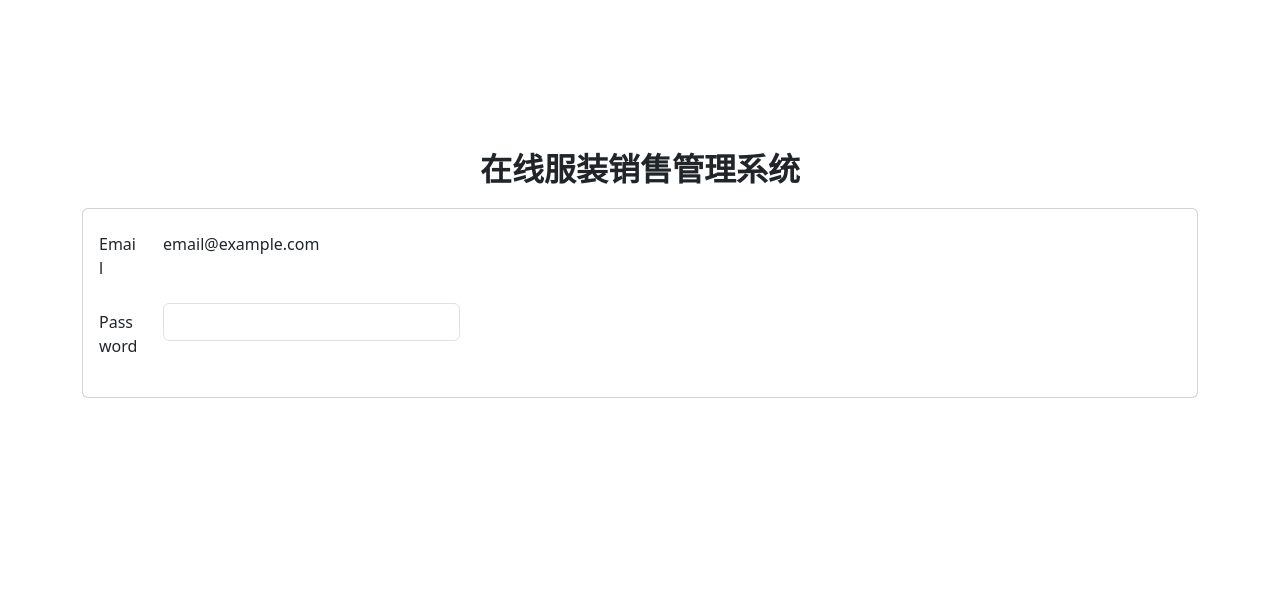
Repository: squawktop/CFS
Page: /user/register (app in web/)
These files come from the project's save history. The page is drawn as it stood at one moment and after a run of saves; the edit follows.
The browser window is 1280 px wide. The pictures show the whole page.
The project was rebuilt for these pictures with package versions that can differ from the ones it lists, and the page was loaded fresh each time. Also part of the build but not shown: web/vue.config.js, web/src/views/LoginView.vue, web/src/components/NavBar.vue, web/src/views/HomeView.vue, web/src/views/UsersManageView.vue, web/src/views/PersonalCenterView.vue, web/src/views/GoodsManageView.vue, web/src/views/OrdersManageView.vue and 1 more.

Above is the page before, as saved 2024-03-23 18:59:25.

### web/src/App.vue
<template>
  <RouterView></RouterView>
</template>

<script>


// 导入bootstrap
import "bootstrap/dist/css/bootstrap.min.css"
import "bootstrap/dist/js/bootstrap"
// import { ref } from "vue";

// import $ from 'jquery';
export default {
  components: {

  }
  ,
  setup() {
    // const user_id = ref("");
    // const username = ref("");
    // const password = ref("");

    // $.ajax({
    //   type: "get",
    //   url: "http://127.0.0.1:3000/user/getlist",
    //   success(resp) {
    //     user_id.value = resp[0].id;
    //     username.value = resp[0].username;
    //     password.value = resp[0].password;

    //   },
    //   error() {
    //     this.user_id = "error"
    //   }
    // })




    return {

    }
  }

}

</script>

<style></style>

### web/src/router/index.js
import { createRouter, createWebHistory } from 'vue-router'
// import HomeView from '../views/HomeView.vue'
import LoginView from '../views/LoginView.vue'
import RegisterView from '../views/RegisterView.vue'
import HomeView from '../views/HomeView.vue'
import UsersManageView from '../views/UsersManageView.vue'
import PersonalCenterView from '../views/PersonalCenterView.vue'
import GoodsManageView from '../views/GoodsManageView.vue'
import OrdersManageView from '../views/OrdersManageView.vue'
import NotFound from '../views/NotFoundView.vue'
import store from '@/store/index'

const routes = [
  {
    path: '/',
    name: 'home',
    component: HomeView,
    // redirect: "/user/register",
    meta: { //该页面是否需要授权      //随便写， 也可以设置为   flag : true;
      requestAuth: true,
    }
  },

  {
    path: '/user/login',
    name: 'user_login',
    component: LoginView,
    meta: {
      requestAuth: false,
    }
  },

  {
    path: '/user/register',
    name: 'user_register',
    component: RegisterView,
    meta: { //该页面是否需要授权
      requestAuth: false,
    }
  },
  {
    path: '/user/personalcenter',
    name: 'personal_center',
    component: PersonalCenterView,
    meta: { //该页面是否需要授权
      requestAuth: true,
    }
  },

  {
    path: '/user/usermanage',
    name: 'user_manage',
    component: UsersManageView,
    meta: { //该页面是否需要授权
      requestAuth: true,
    }
  }
  ,
  {
    path: '/goods/manage',
    name: 'goods_manage',
    component: GoodsManageView,
    meta: { //该页面是否需要授权
      requestAuth: true,
    }
  }, {
    path: '/orders/manage',
    name: 'orders_manage',
    component: OrdersManageView,
    meta: { //该页面是否需要授权
      requestAuth: true,
    }
  },


  {
    path: "/404/",
    name: "404",
    component: NotFound
  },
  {
    path: "/:catchAll(.*)",
    redirect: "/404/",  //页面重定向到404
  }
]

const router = createRouter({
  history: createWebHistory(),
  routes
})

router.beforeEach((to, from, next) => {
  if (to.meta.requestAuth && !store.state.user.is_login) {
    next({ name: "user_login" });
  } else {
    next();
  }
})

export default router

### web/src/store/index.js
import { createStore } from 'vuex'
import ModuleUser from '@/store/user'

export default createStore({
  state: {
  },
  getters: {
  },
  mutations: {
  },
  actions: {
  },
  modules: {
    user: ModuleUser,
  }
})

### web/src/views/RegisterView.vue
<template>
    <div class="background">
        <h2>在线服装销售管理系统</h2>
        <ContentField>
            <!-- <div class="row justify-content-md-center">
                <div class="col-3">
                    <form @submit.prevent="register">
                        <div class="mb-3 ">
                            <label for="username" class="form-label">用户名</label>
                            <input v-model="username" type="text" class="form-control" id="username"
                                placeholder="请输入用户名" />
                        </div>

                        <div class="mb-3">
                            <label for="password" class="form-label">密码</label>
                            <input v-model="password" type="password" class="form-control" id="password"
                                placeholder="请输入密码" />
                        </div>

                        <div class="mb-3">
                            <label for="confirmedPassword" class="form-label">确认密码</label>
                            <input v-model="confirmedPassword" type="password" class="form-control"
                                id="confirmedPassword" placeholder="请再次输入密码" />
                        </div>

                        <div class="error-message">{{ error_message }} </div>
                        <button type="submit" class="btn btn-primary">注册</button>
                        <div class="tip" @click="loginview">已有账号，返回登录</div>

                    </form>
                </div>
            </div> -->
            <div class="col-4 justify-content-md-center">
                <div class="mb-3 row">
                    <label for="staticEmail" class="col-sm-2 col-form-label">Email</label>
                    <div class="col-sm-10">
                        <input type="text" readonly class="form-control-plaintext" id="staticEmail"
                            value="email@example.com">
                    </div>
                </div>
                <div class="mb-3 row">
                    <label for="inputPassword" class="col-sm-2 col-form-label">Password</label>
                    <div class="col-sm-10">
                        <input type="password" class="form-control" id="inputPassword">
                    </div>
                </div>
            </div>




        </ContentField>
    </div>

</template>

<script>
import ContentField from "@/components/ContentField.vue";
import { ElMessage } from 'element-plus'
import { ref } from 'vue'
import router from "@/router/index";
import $ from 'jquery'

export default {
    components: {
        ContentField,
    },
    setup() {
        let username = ref('');
        let password = ref('');
        let confirmedPassword = ref('');
        let error_message = ref('');

        const register = () => {
            $.ajax({
                url: "http://127.0.0.1:3000/api/user/account/register/",
                type: "post",
                data: {
                    username: username.value,
                    password: password.value,
                    confirmedPassword: confirmedPassword.value,
                },
                success(resp) {
                    if (resp.error_message === 'success') {
                        ElMessage.success("注册成功，请登录");
                        router.push({ name: "user_login" });
                    } else {
                        error_message.value = resp.error_message;
                    }
                }
            })
        }

        const loginview = () => {
            router.push({ name: "user_login" });
        }

        return {
            username,
            password,
            confirmedPassword,
            error_message,
            register,
            loginview,
        }
    }
};
</script>

<style scoped>
h2 {

    text-align: center;
    margin-top: 150px;
    font-weight: bold;
}

button {
    width: 100%;
}

div.error-message {
    color: red;
}

.tip {
    cursor: pointer;
    text-align: center;
    margin-top: 10px;

}

.tip:hover {
    text-decoration: underline;
}
</style>

### web/src/store/user.js
import router from '@/router';
import $ from 'jquery'
export default {
    state: {
        id: "",
        username: "",
        photo: "",
        token: "",
        is_login: false,
        pulling_info: true,
    },
    getters: {
    },
    mutations: {        //一般是用来修改数据的
        updateUser(state, user) {
            state.id = user.id;
            state.username = user.username;
            state.photo = user.photo;
            state.is_login = user.is_login;
        },
        updateToken(state, token) {
            state.token = token;
        },
        logout(state) {
            state.id = "";
            state.username = "";
            state.photo = "";
            state.token = "";
            state.is_login = false;
            router.push({ name: "user_login" });
        },
        updatePullingInfo(state, pulling_info) {
            state.pulling_info = pulling_info;
        },
    },

    actions: {

        login(context, data) {
            $.ajax({
                url: "http://127.0.0.1:3000/api/user/account/token/",
                type: "post",
                data: {
                    username: data.username,
                    password: data.password,
                },
                success(resp) {
                    if (resp.error_message === "success") {
                        localStorage.setItem("jwt_token", resp.token);
                        context.commit("updateToken", resp.token);
                        data.success(resp);
                    } else {
                        data.error(resp);
                    }
                },
                error(resp) {
                    data.error(resp)
                },
            });
        },
        getinfo(context, data) {
            $.ajax({
                url: "http://127.0.0.1:3000/api/user/account/info/",
                type: "get",
                headers: {
                    Authorization:
                        "Bearer " + context.state.token,
                },
                success(resp) {
                    if (resp.error_message === "success") {
                        // console.log(resp);
                        context.commit("updateUser", {
                            ...resp,
                            is_login: true,

                        });
                        data.success(resp);
                    } else {
                        data.success(resp);
                    }

                },
                error(resp) {
                    data.error(resp);
                },
            });

        },
        logout(context) {
            localStorage.removeItem("jwt_token");
            context.commit("logout")
        }
    },
    modules: {
    }
}

### web/src/components/ContentField.vue
<template>
    <div class="container content-field">
        <div class="card">
            <div class="card-body">
                <slot></slot>
            </div>
        </div>
    </div>
</template>

<script>
</script>

<style scoped>
div.content-field {
    margin-top: 20px;
}
</style>

Loaded but not shown: web/public/index.html (common file); web/src/main.js (common file)

After the next 3 saves:
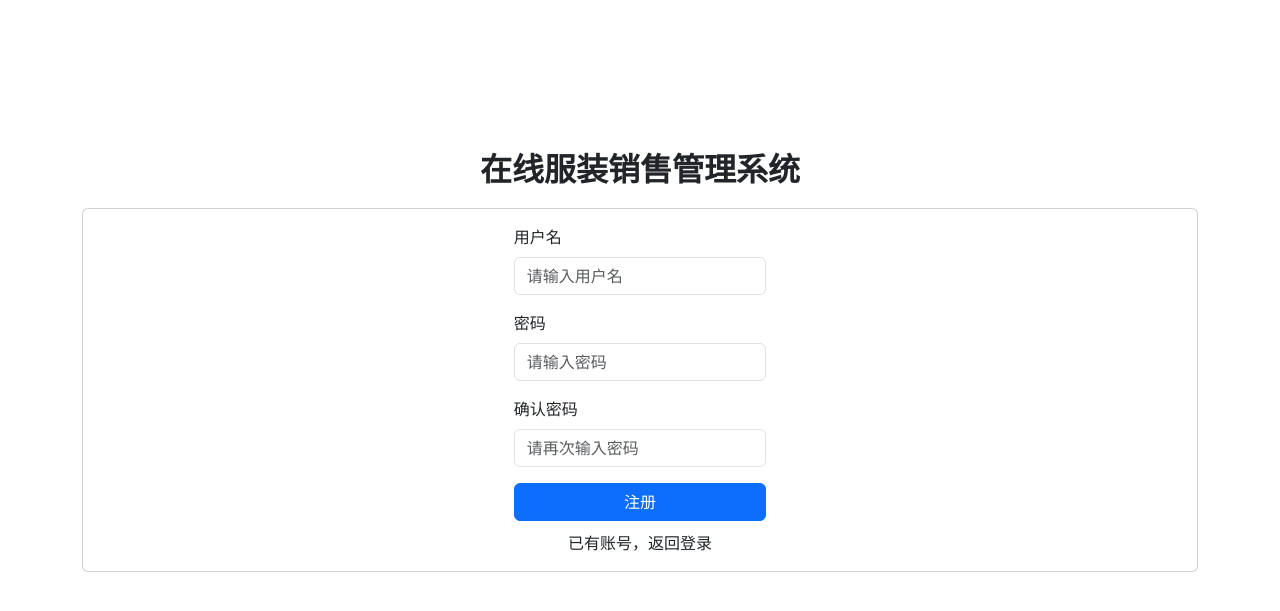
The 3 saves are shown as one change because they came seconds apart.
The last was saved 54 s later.
--- a/web/src/views/RegisterView.vue
+++ b/web/src/views/RegisterView.vue
@@ -2,7 +2,7 @@
     <div class="background">
         <h2>在线服装销售管理系统</h2>
         <ContentField>
-            <!-- <div class="row justify-content-md-center">
+            <div class="row justify-content-md-center">
                 <div class="col-3">
                     <form @submit.prevent="register">
                         <div class="mb-3 ">
@@ -29,25 +29,7 @@
 
                     </form>
                 </div>
-            </div> -->
-            <div class="col-4 justify-content-md-center">
-                <div class="mb-3 row">
-                    <label for="staticEmail" class="col-sm-2 col-form-label">Email</label>
-                    <div class="col-sm-10">
-                        <input type="text" readonly class="form-control-plaintext" id="staticEmail"
-                            value="email@example.com">
-                    </div>
-                </div>
-                <div class="mb-3 row">
-                    <label for="inputPassword" class="col-sm-2 col-form-label">Password</label>
-                    <div class="col-sm-10">
-                        <input type="password" class="form-control" id="inputPassword">
-                    </div>
-                </div>
             </div>
-
-
-
 
         </ContentField>
     </div>
